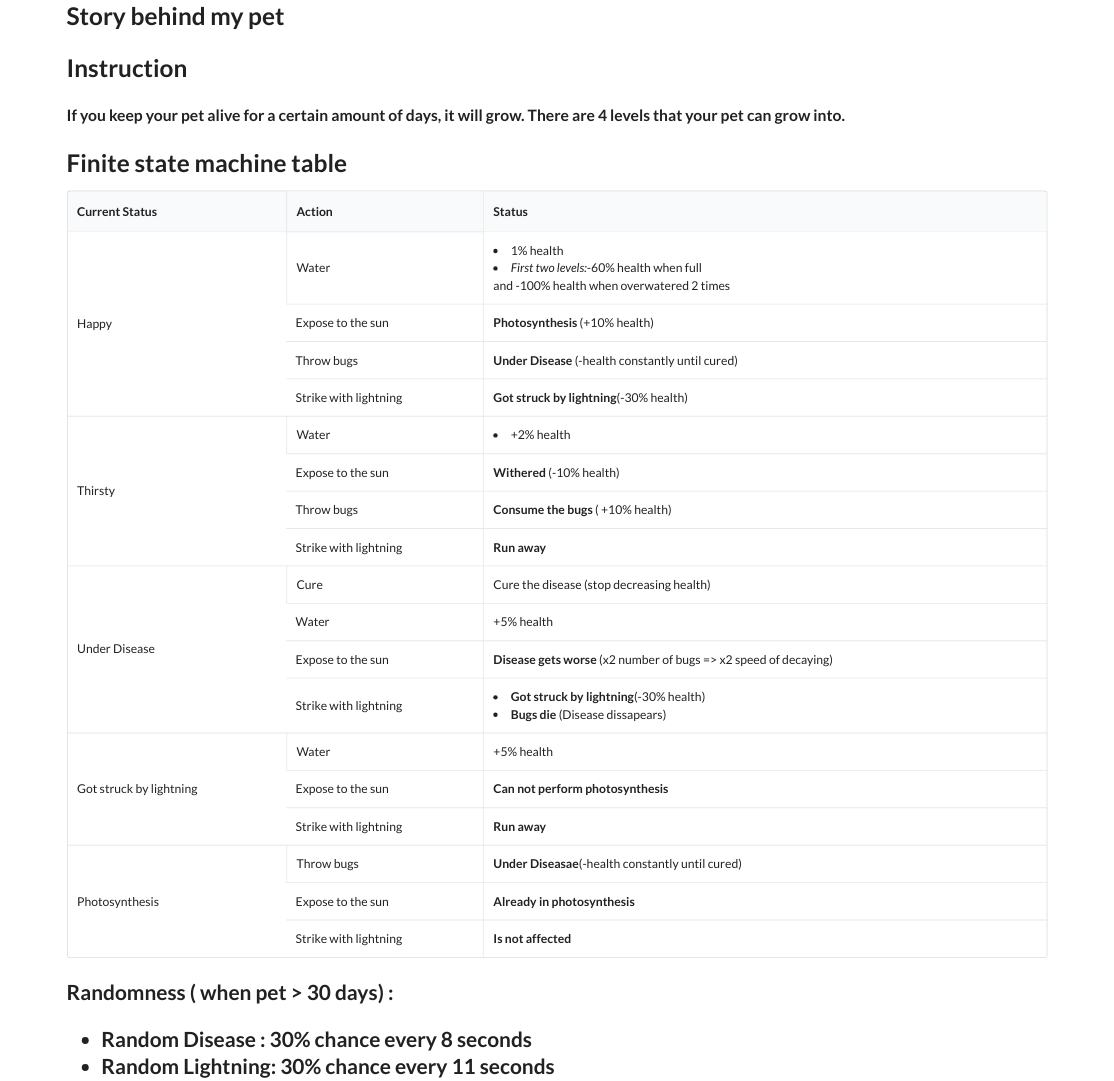
Repository: qduyhoang/Virtual-pest
Page: instruction.html
The author's editor kept a record of every edit. The page is drawn from the files as they stood at one moment, then again after the next edit.
The browser window is 1280 px wide. The pictures show the whole page, at 87% of full size.
Some web libraries are served in a nearby version.

Above is the page before.

### instruction.html

<!DOCTYPE html>
<html>
    <head>
        <title>Instruction</title>
         <link rel="stylesheet" href="https://cdnjs.cloudflare.com/ajax/libs/semantic-ui/2.2.13/semantic.css" type="text/css"/>
    </head>
    <body>
      <div class="ui container"> <h1>Story behind my pet</h1>
      <h1>Instruction</h1>
      <h3>If you keep your pet alive for a certain amount of days, it will grow. There are 4 levels that your pet can grow into.</h3>





      <h1>Finite state machine table</h1>
       <table class="ui celled table">
  <thead>
    <tr>
      <th>Current Status</th>
      <th>Action</th>
      <th>Status</th>
    </tr>
  </thead>
  <tbody>
    <tr>
      <td rowspan="4">Happy</td>
      <td>Water</td>
      <td><li>1% health</li>
          <li><em>First two levels:</em>-60% health when full</li> and -100% health when overwatered 2 times</td>
    </tr>

    <tr>
      <td>Expose to the sun</td>
      <td><strong>Photosynthesis</strong> (+10% health)</td>
    </tr>
        <tr>
      <td>Throw bugs</td>
      <td><strong>Under Disease</strong> (-health constantly until cured)</td>
    </tr>

    <tr>
      <td>Strike with lightning</td>
      <td><strong>Got struck by lightning</strong>(-30% health)</td>
     </tr>


      <tr>
      <td rowspan="4">Thirsty</td>
      <td>Water</td>
      <td><li>+2% health</li></td>
    </tr>

    <tr>
      <td>Expose to the sun</td>
      <td><strong>Withered</strong> (-10% health)</td>
    </tr>
        <tr>
      <td>Throw bugs</td>
      <td><strong>Consume the bugs</strong> ( +10% health)</td>
    </tr>

    <tr>
      <td>Strike with lightning</td>
      <td><strong>Run away</strong></td>
     </tr>


    <tr>
      <td rowspan="4">Under Disease</td>
      <td>Cure</td>
      <td>Cure the disease (stop decreasing health)</td>
    </tr>

    <tr>
      <td>Water</td>
      <td>+5% health</td>
     </tr>
    <tr>
      <td>Expose to the sun</td>
      <td><strong>Disease gets worse</strong> (x2 number of bugs => x2 speed of decaying)</td>
    </tr>


    <tr>
      <td>Strike with lightning</td>
      <td><li><strong>Got struck by lightning</strong>(-30% health)</li>
          <li><strong>Bugs die</strong> (Disease dissapears)</li></td>
     </tr>



   <tr>
      <td rowspan="3">Got struck by lightning</td>
      <td>Water</td>
      <td>+5% health</td>
    </tr>

    <tr>
      <td>Expose to the sun</td>
      <td><strong>Can not perform photosynthesis</strong></td>
    </tr>


    <tr>
      <td>Strike with lightning</td>
      <td><strong>Run away</strong></td>
     </tr>

       <tr>
      <td rowspan="3">Photosynthesis</td>
      <td>Throw bugs</td>
      <td><strong>Under Diseasae</strong>(-health constantly until cured)</td>
    </tr>

    <tr>
      <td>Expose to the sun</td>
      <td><strong>Already in photosynthesis</strong></td>
    </tr>


    <tr>
      <td>Strike with lightning</td>
      <td><strong>Is not affected</strong></td>
     </tr>
  </tbody>
</table>
<h2>Randomness ( when pet > 30 days) :
  <ul>
    <li>Random Disease : 30% chance every 8 seconds</li>
    <li>Random Lightning: 30% chance every 11 seconds</li>

  </ul>
</h2>
</div>

    </body>

</html>

After the next edit:
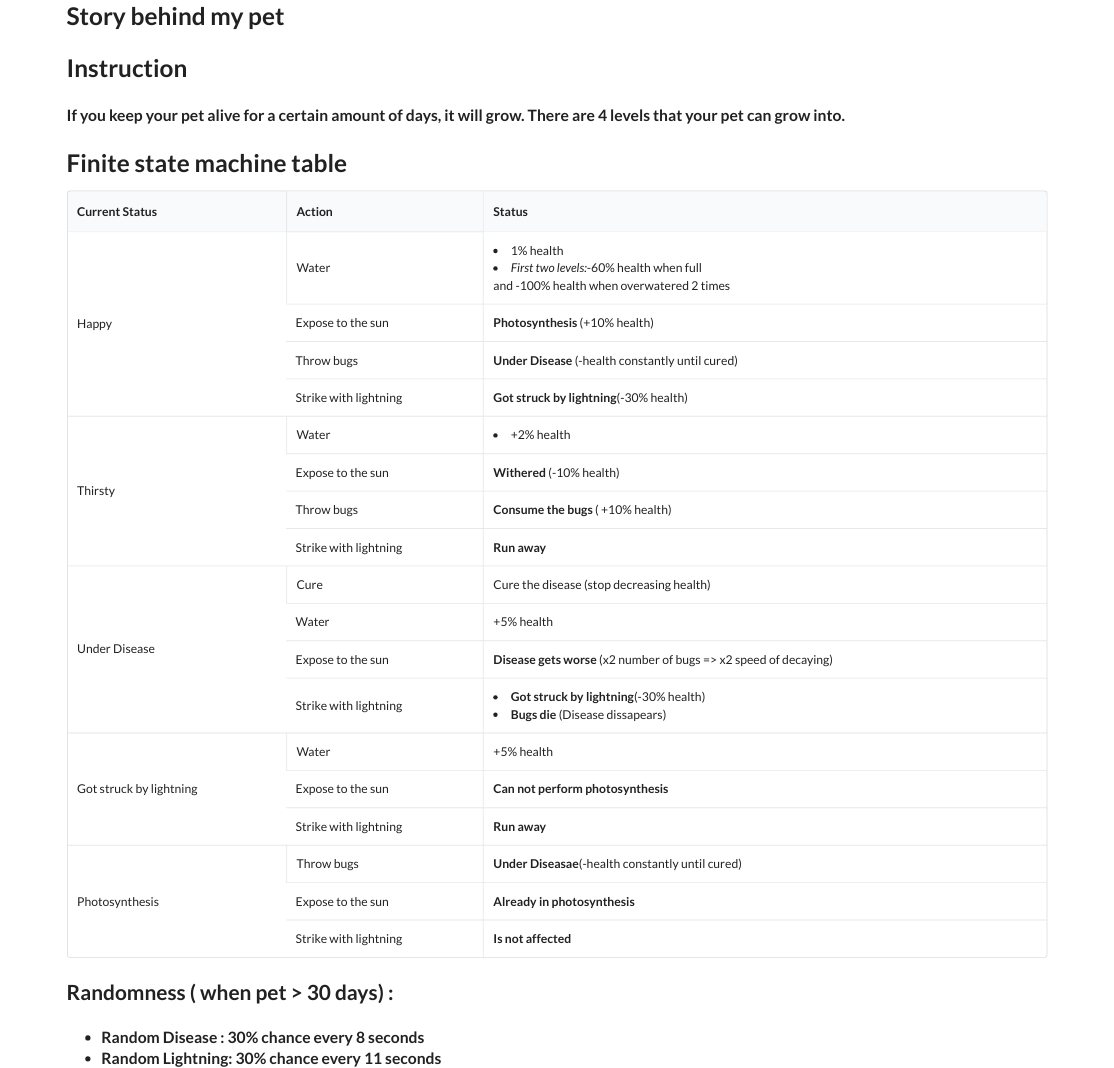
The edit:
--- a/instruction.html
+++ b/instruction.html
@@ -127,11 +127,12 @@
   </tbody>
 </table>
 <h2>Randomness ( when pet > 30 days) :
-  <ul>
-    <li>Random Disease : 30% chance every 8 seconds</li>
-    <li>Random Lightning: 30% chance every 11 seconds</li>
-
-  </ul>
+  <h3>
+    <ul>
+      <li>Random Disease : 30% chance every 8 seconds</li>
+      <li>Random Lightning: 30% chance every 11 seconds</li>
+    </ul>
+  </h3>
 </h2>
 </div>
 
